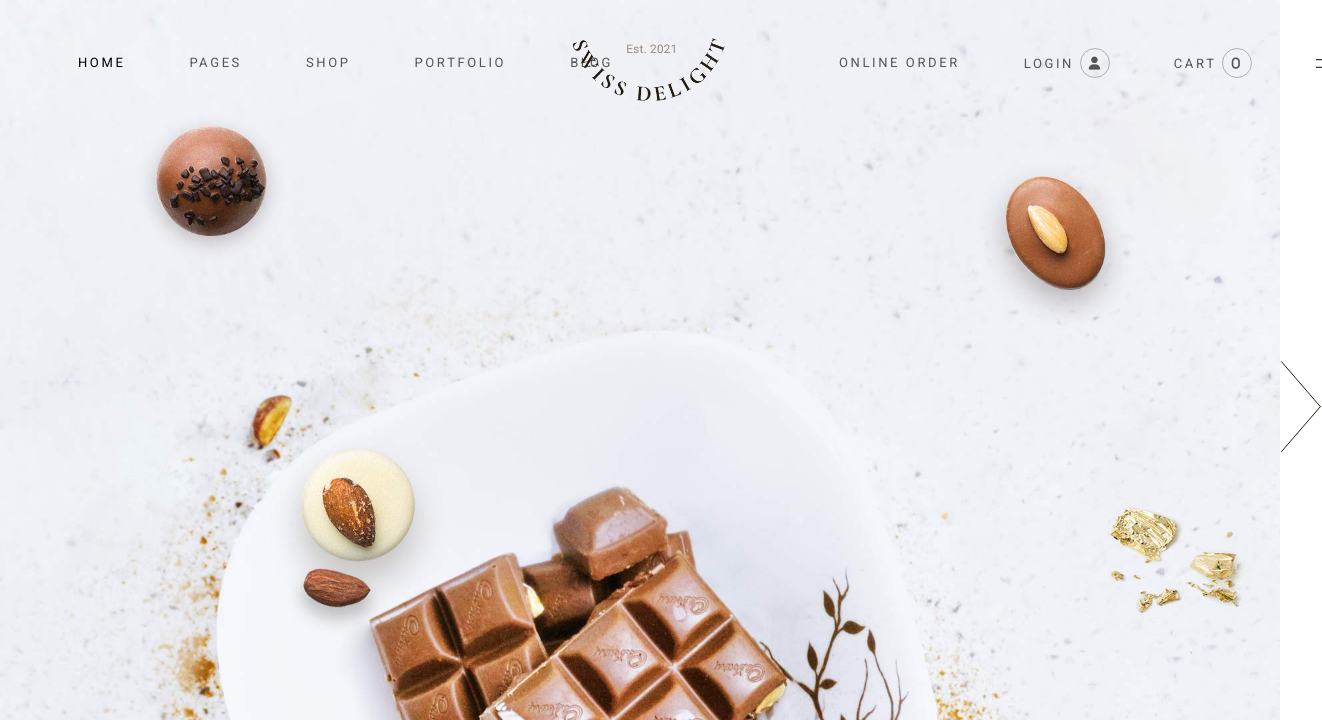
Repository: HadelAbdellatif/Project1
Page: index.html
These files come from the project's save history. The page is drawn as it stood at one moment and after a run of saves; the edit follows.
The browser window is 1280 px wide. The page is 1322 px wide, then 1280 px, so the pictures cover 1322 px, including what lies to the right of the window. The pictures show the whole page.

Above is the page before, as saved 2023-10-15 23:12:29.
Console error: TypeError: Cannot read properties of null (reading 'addEventListener')

After the next 2 saves:
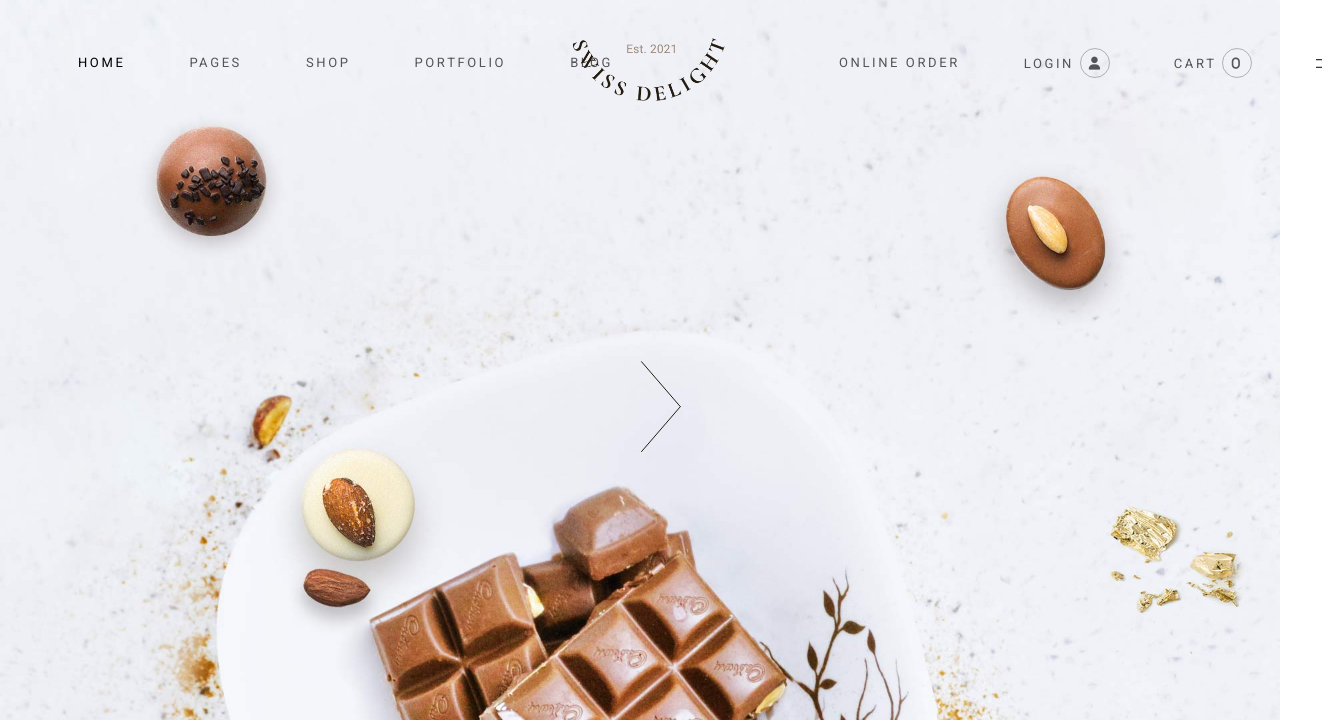
The 2 saves are shown as one change because they came seconds apart.
The last was saved 7 s later.
--- a/index.html
+++ b/index.html
@@ -98,7 +98,7 @@
   <!-- Start header section -->
 
   <header class="vh-100 position-relative">
-    <div class="arrow position-absolute top-50 start-100">
+    <div class="arrow position-absolute top-50 start-50">
       <rs-arrow style="opacity: 1; transform: translate(70px, -20px); top: 75%; right: 0px;"
         class="tp-leftarrow tparrows custom_style"><span class="qodef-svg-nav"> <span class="qodef-nav-icon"> <svg
               xmlns="http://www.w3.org/2000/svg" xmlns:xlink="http://www.w3.org/1999/xlink" x="0px" y="0px"
